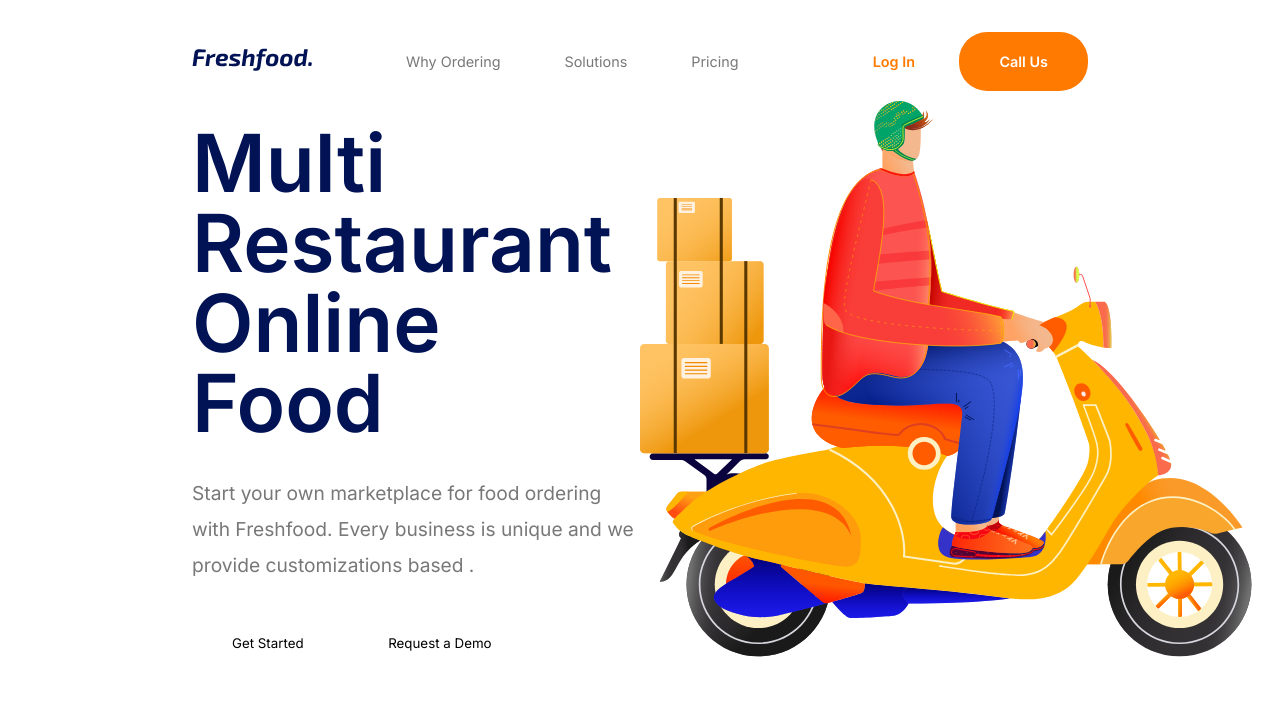
Repository: badhon252/FreshFood
Page: index.html
An editor plug-in stored every save of this project. The page is shown before and after the next save, followed by the edit.
The browser window is 1280 px wide. The pictures show the whole page.
The style sheet was rebuilt from its Sass, Less or Tailwind sources for each picture, by a compiler version that may differ from the author's.

Above is the page before, as saved 2022-09-06 00:30:19.

After the next save:
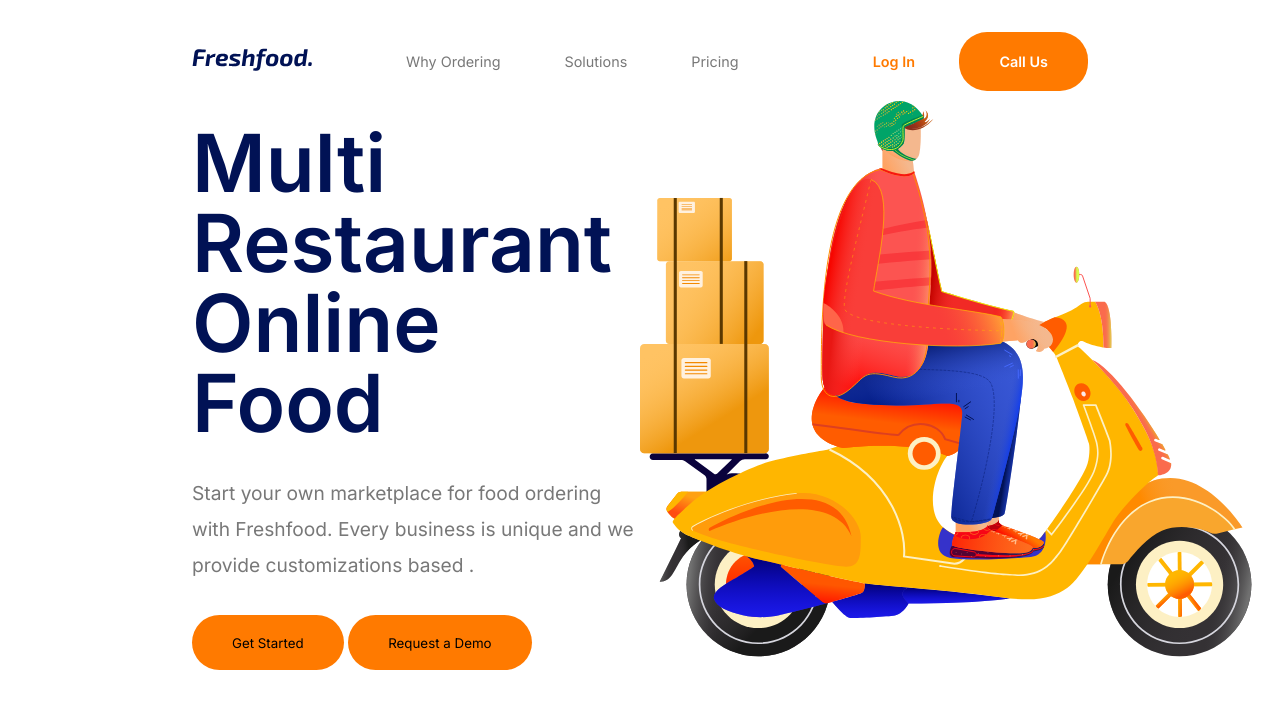
Saved 27 s later.
--- a/scss/style.scss
+++ b/scss/style.scss
@@ -87,4 +87,8 @@
     line-height: 36px;
     color: #787878;
   }
+  .btn {
+    background: #ff7a00;
+    border-radius: 60px;
+  }
 }
